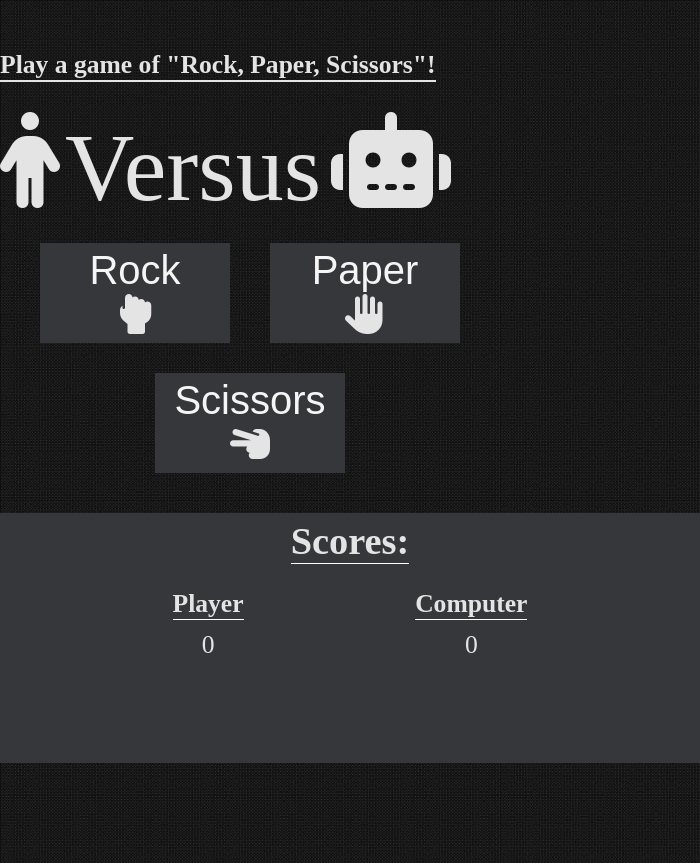
Repository: Pafestivo/rock-paper-scissors
Page: index.html
These files come from the project's save history. The page is drawn as it stood at one moment and after the next save; the edit follows.
The browser window is 375 px wide. The page is 700 px wide, so the pictures cover 700 px, including what lies to the right of the window. The pictures show the whole page.
Some web libraries are served in a nearby version.

Above is the page before, as saved 2022-10-15 14:28:46.

### index.html
<!DOCTYPE html>
<html lang="en">
<head>
  <meta charset="UTF-8">
  <meta name="viewport" content="width=device-width, initial-scale=1.0">
  <link rel="stylesheet" href="styles.css">
  <script src="js-file.js" defer></script>
  <script src="https://kit.fontawesome.com/e2364af56b.js" crossorigin="anonymous"></script>
  <title>Rock, Paper, Scissors</title>
</head>
<body>

  <header>
    <h1>Play a game of "Rock, Paper, Scissors"!</h1>
  </header>
  <div id="versus">
    <i class="fa-solid fa-person"></i>
    <p>Versus</p>
    <i class="fa-solid fa-robot"></i>
  </div> <!-- /versus -->

  <div class="buttons">
    <button id="rock">
      Rock
      <i class="fa-solid fa-hand-back-fist"></i>
    </button>
    <button id="paper">
      Paper
      <i class="fa-solid fa-hand"></i>
    </button>
    <button id="scissors">
      Scissors
      <i class="fa-solid fa-hand-scissors"></i>
    </button>
  </div> <!-- /buttons -->


  <div id="results">

    <div class="scores">
      <h1 id="scores-header">Scores:</h1>
    </div> <!-- /scores -->

    <div class="columns">
      <div class="player">
        <h1 class="underline">Player</h1>
        <p id ="player-points" class="points">0</p>
      </div> <!-- /player-scores -->

      <div class="comp">
        <h1 class="underline">Computer</h1>
        <p id="computer-points" class="points">0</p>
      </div> <!-- /comp-scores -->
    </div><!-- /columns -->

  </div> <!-- /results -->

  <button id="play-again" class="hidden"><a href="https://pafestivo.github.io/rock-paper-scissors/">Play again</a></button>


</body>
</html>

### styles.css
* {
  margin: 0;
  padding: 0;
  box-sizing: border-box;
}

body {
  font-family: serif;
  background-image: url(images/background.jpg);
  color: rgb(228, 228, 228);
}

header {
  width: max-content;
  margin: 50px auto 30px auto;
  border-bottom: 2px solid rgb(228, 228, 228);
}

#versus {
  display: flex;
  width: 700px;
  font-size: 10rem;
  margin: 0 auto 20px auto;
  justify-content: space-evenly;
  color: rgb(228, 228, 228);
}

.fa-robot {
  margin-left: 10px;
  font-size: 10rem;
}

.fa-person {
  font-size: 10rem;
  margin-right: 5px;
}

.buttons {
  display: flex;
  width: 700px;
  margin: 0 auto;
  justify-content: space-evenly;
}

button {
  position: relative;
  width: 190px;
  height: 100px;
  background-color: #35373B;
  border: none;
  font-size: 40px;
  color: whitesmoke;
}

button .fa-solid {
  width: 100%;
  color: rgb(228, 228, 228);
}

button:hover {
  cursor: pointer;
  background-color: #56595f;
}

button:focus {
  background-color: #635656;
}

button:disabled:hover {
  cursor: not-allowed;
  background-color: #35373B;
}

.comp-choice {
  position: absolute;
  bottom: 5px;
  right: 10px;
  font-size: 20px;
  max-width: 20px;
}

.player-choice {
  position: absolute;
  bottom: 5px;
  left: 2px;
  font-size: 20px;
  max-width: 20px;
}

#results {
  margin: 40px auto 40px auto;
  width: 700px;
  height: 250px;
  padding: 1px;
  background-color: #35373B;
}

#scores-header {
  margin: 5px auto 25px auto;
  font-size: 3em;
  width: max-content;
  border-bottom: 1px solid white;
}

.columns {
  display: flex;
  justify-content: space-evenly;
  margin-bottom: 20px;
}

.round-result {
  margin-bottom: 15px;
  font-size: 2em;
  text-align: center;
  padding: 0;
}

.underline {
  width: max-content;
  border-bottom: 1px solid white;
}

.points {
  font-size: 2em;
  text-align: center;
  margin-top: 10px;
}

a {
  text-decoration: none;
  color: inherit;
}

#play-again {
  display: block;
  margin: 0 auto;
  font-size: 2rem;
  width: 200px;
  height: 60px;
}

.hidden {
  visibility: hidden;
}

@media only screen and (max-width: 600px) {
  body {
    font-size: 0.8rem;
  }

  #versus {
    width: 400px;
    font-size: 6rem;
  }

  .fa-robot {
    font-size: 6rem;
  }

  .fa-person {
    font-size: 6rem;
  }

  .buttons {
    flex-wrap: wrap;
    row-gap: 30px;
    width: 500px;
  }

  .comp-choice {
    font-size: 20px;
  }

  .player-choice {
    font-size: 20px;
  }
}

### js-file.js
let playerScore = 0;
let computerScore = 0;

const playerColumn = document.querySelector('.player');
const playerPoints = document.getElementById('player-points');

const computerColumn = document.querySelector('.comp');
const computerPoints = document.getElementById('computer-points');

//round logic
function playRound(playerSelection, computerSelection) {

  let log = ""


  if (
    (playerSelection === "Rock" && computerSelection === "Paper") ||
    (playerSelection === "Paper" && computerSelection === "Scissors") ||
    (playerSelection === "Scissors" && computerSelection === "Rock")
    ) {
    log = "You lost this round!"
    computerScore++
  }
  else if (
    (playerSelection === "Paper" && computerSelection === "Rock") ||
    (playerSelection === "Rock" && computerSelection === "Scissors") ||
    (playerSelection === "Scissors" && computerSelection === "Paper")
  ) {
    log = "You won this round!"
    playerScore++
  }
  else if (
    (playerSelection === computerSelection)
  ) {
    log = "This round ends in a draw!"
  }

  playerPoints.textContent = playerScore;

  computerPoints.textContent = computerScore;


  //finish the game at 5 points + show play again button
  const buttons = document.querySelectorAll('button');
  const playAgain = document.getElementById('play-again')
  if(playerScore === 5) {
    for(i = 0; i < buttons.length - 1; i++) {
      buttons[i].setAttribute("disabled", "disabled"); //disable buttons
      playAgain.classList.remove('hidden');
    }

    return "You won!";

  } else if (computerScore === 5) {
    for(i = 0; i < buttons.length - 1; i++) {
      buttons[i].setAttribute("disabled", "disabled");
      playAgain.classList.remove('hidden');
    }
    return "You lost!";
  }

  return log;
};

//variables to target the buttons
const rockChosen = document.querySelector('#rock');
const paperChosen = document.querySelector('#paper');
const scissorsChosen = document.querySelector('#scissors');


//computer selection
function getComputerChoice() {
  const possibleChoices = ["Rock", "Paper", "Scissors"];
  const randomize = Math.floor(Math.random() * possibleChoices.length);
  let selected = possibleChoices[randomize];

  if(document.querySelector('button #robot') != null) { //checks to see if robot icon already exists
    const robotIcon = document.getElementById('robot');
    const parent = document.getElementById('robot').parentElement;
    parent.removeChild(robotIcon); //remove the icon if it exists
  }

  if (selected === "Rock") {
    rockChosen.insertAdjacentHTML('beforeend', '<i id="robot" class="fa-solid fa-robot comp-choice"></i>'); //adds robot icon

  } else if (selected === "Paper") {
    paperChosen.insertAdjacentHTML('beforeend', '<i id="robot" class="fa-solid fa-robot comp-choice"></i>');

  } else if (selected === "Scissors") {
    scissorsChosen.insertAdjacentHTML('beforeend', '<i id="robot" class="fa-solid fa-robot comp-choice"></i>');
  }

  return selected;
};


//adding the round result paragraph to the page
const results = document.querySelector('#results');
const para = document.createElement('p');
para.classList.add('round-result');


//function for event listeners
function rockRound() {

  if(document.querySelector('button #human') != null) { //checks to see if human icon already exists
    const humanIcon = document.getElementById('human');
    const parent = document.getElementById('human').parentElement;
    parent.removeChild(humanIcon); //remove the icon if it exists
  }

  rockChosen.insertAdjacentHTML('beforeend', '<i id="human" class="fa-solid fa-person player-choice"></i>'); //adds human icon

  let computerSelection = getComputerChoice();

  let roundResult = playRound("Rock", computerSelection);

  para.textContent = roundResult;
  results.appendChild(para);
};

function paperRound() {
  let computerSelection = getComputerChoice();

  if(document.querySelector('button #human') != null) { //checks to see if human icon already exists
    const humanIcon = document.getElementById('human');
    const parent = document.getElementById('human').parentElement;
    parent.removeChild(humanIcon); //remove the icon if it exists
  }

  paperChosen.insertAdjacentHTML('beforeend', '<i id="human" class="fa-solid fa-person player-choice"></i>'); //adds human icon

  para.textContent = playRound("Paper", computerSelection);
  results.appendChild(para);
};

function scissorsRound() {
  let computerSelection = getComputerChoice();

  if(document.querySelector('button #human') != null) { //checks to see if human icon already exists
    const humanIcon = document.getElementById('human');
    const parent = document.getElementById('human').parentElement;
    parent.removeChild(humanIcon); //remove the icon if it exists
  }

  scissorsChosen.insertAdjacentHTML('beforeend', '<i id="human" class="fa-solid fa-person player-choice"></i>'); //adds human icon

  para.textContent = playRound("Scissors", computerSelection);
  results.appendChild(para);
};
//end of event listeners functions


//adding event listeners to each button
const rock = document.querySelector('#rock');
rock.addEventListener("click", rockRound);

const paper = document.querySelector('#paper');
paper.addEventListener("click", paperRound);

const scissors = document.querySelector('#scissors');
scissors.addEventListener("click", scissorsRound);

After the next save:
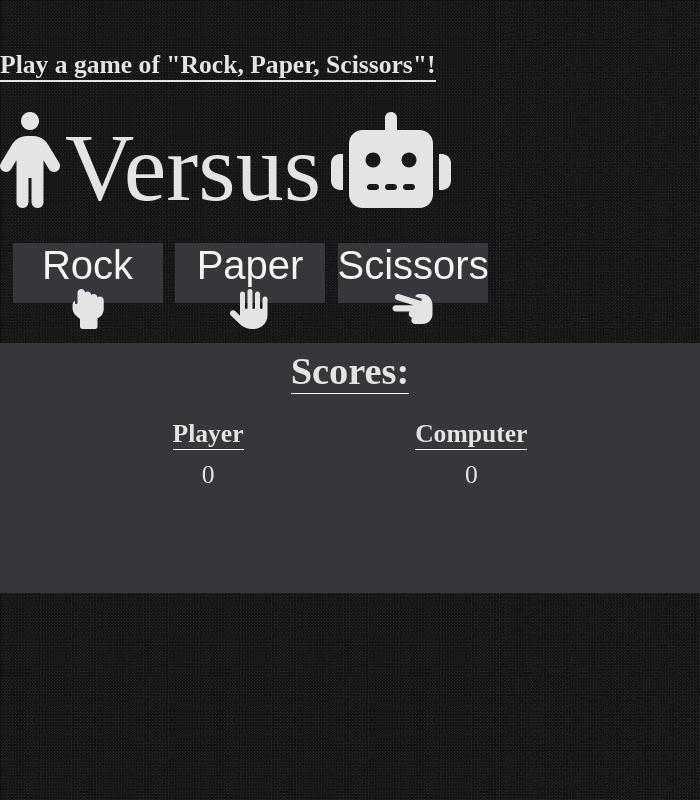
Saved 66 s later.
--- a/styles.css
+++ b/styles.css
@@ -167,6 +167,12 @@ a {
     width: 500px;
   }
 
+  button {
+    width: 150px;
+    height: 60px;
+    font-size: 40px;
+  }
+
   .comp-choice {
     font-size: 20px;
   }
@@ -174,4 +180,6 @@ a {
   .player-choice {
     font-size: 20px;
   }
+
+
 }
